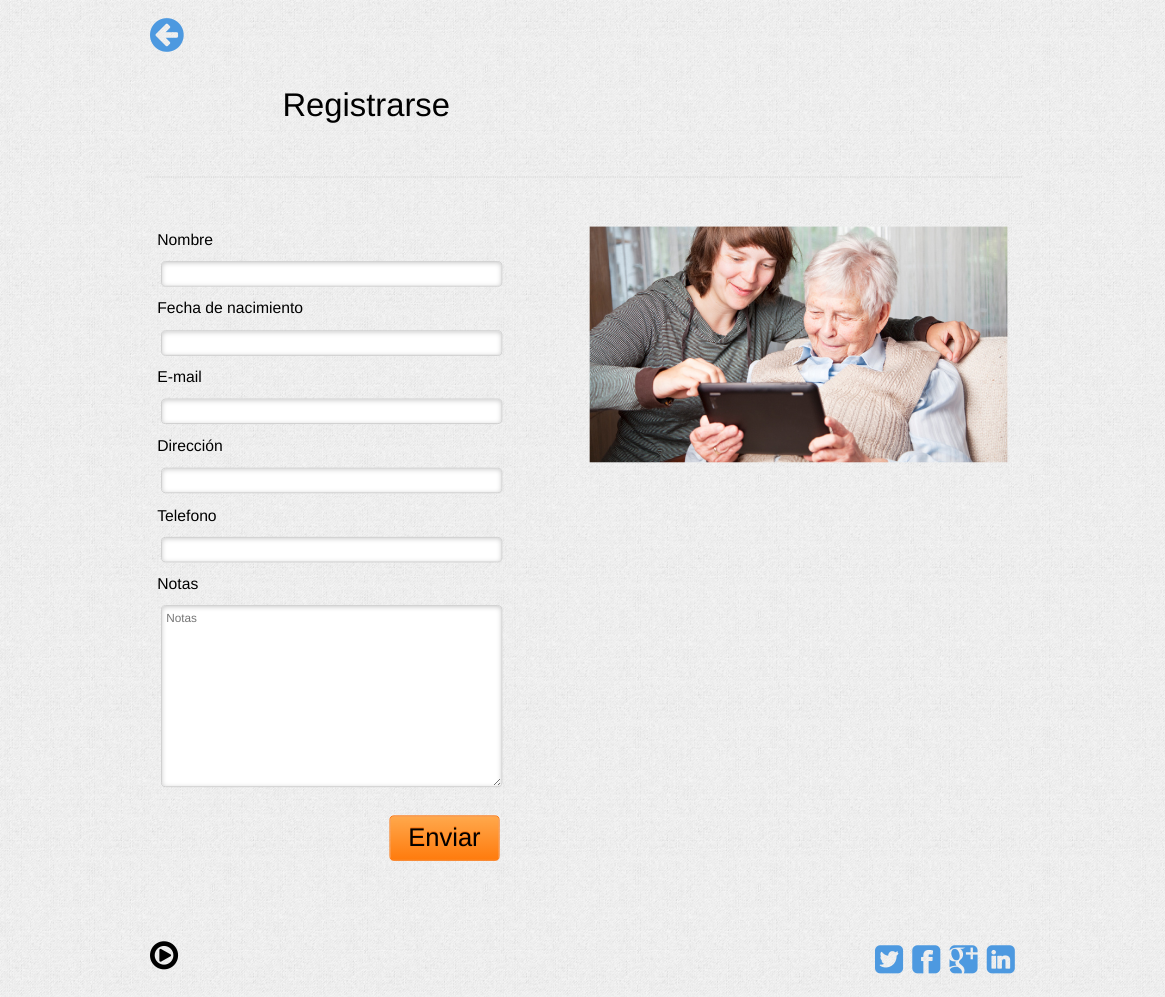
Repository: SCeruso/RememberMe
Page: registrarse.html
The author's editor kept a record of every edit. The page is drawn from the files as they stood at one moment, then again after the next edit.
The browser window is 1280 px wide. The pictures show the whole page, at 91% of full size.
Some web libraries are served in a nearby version.

Above is the page before.

After the next edit:
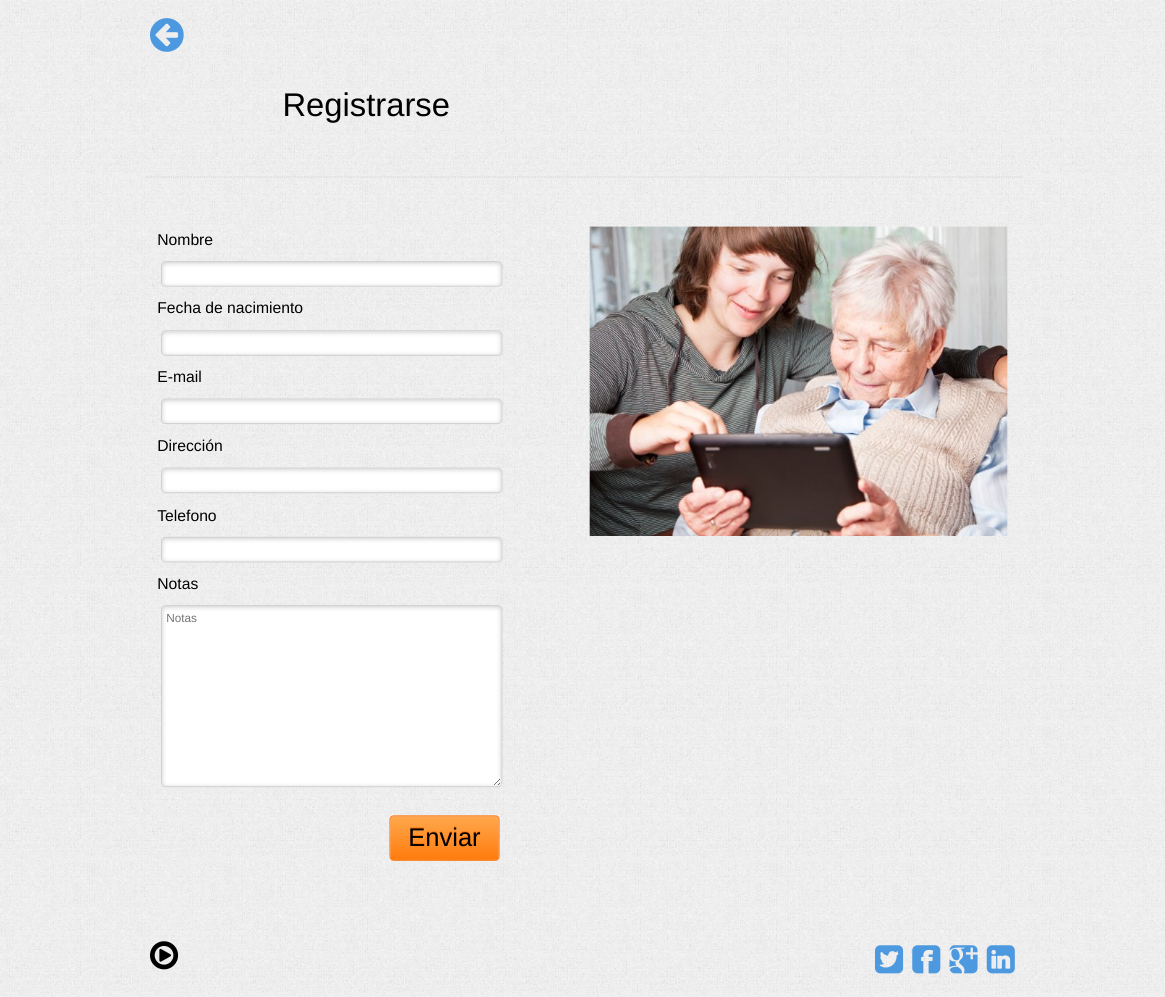
The edit:
--- a/registrarse.html
+++ b/registrarse.html
@@ -73,7 +73,7 @@
         </div>
         <div class="col_6">
             <p class="center">
-                <img class="full-width"src="imagenes/0311_managing-_grandmas_meds_768x432_main.jpg" width="400" height="400" />
+                <img class="full-width"src="imagenes/chica_abuela.jpg" width="400" height="400" />
             </p>
         </div>
     </div>
